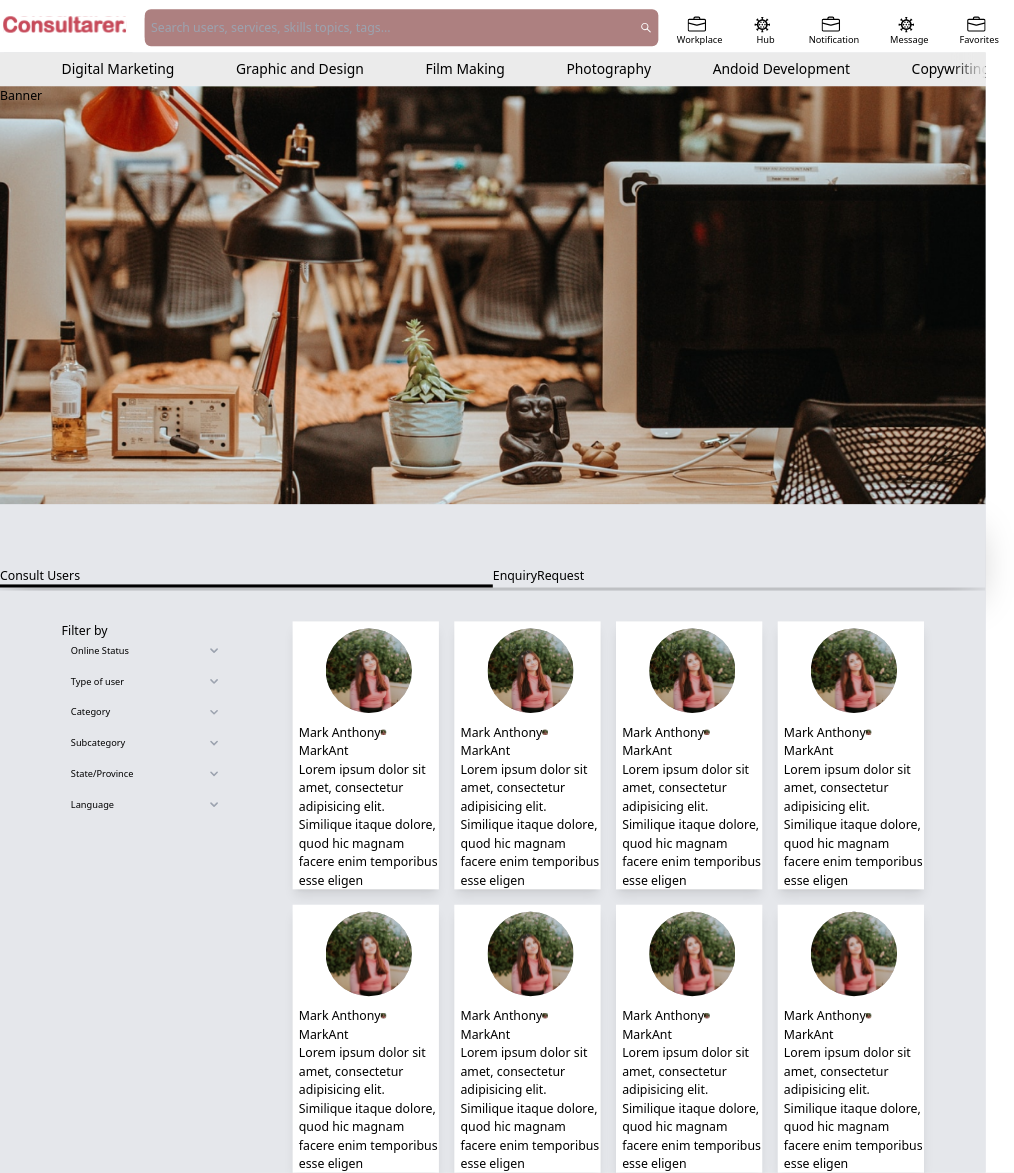
Repository: hisreal123/Consultarer
Page: /
These files come from the project's save history. The page is drawn as it stood at one moment and after a run of saves; the edit follows.
The browser window is 1280 px wide. The page is 1317 px wide, so the pictures cover 1317 px, including what lies to the right of the window. The pictures show the whole page, at 77% of full size.
The project was rebuilt for these pictures with package versions that can differ from the ones it lists, and the page was loaded fresh each time. The framework's server and built-in components were replaced by stand-ins that run in the browser. Also part of the build but not shown: next.config.js, webpack.config.js, components/Filter/Sortby.js.

Above is the page before, as saved 2022-04-26 00:23:34.

### pages/_app.js
import Layout from "../components/Layout";
import "../styles/globals.css";



function MyApp({ Component, pageProps }) {
  return (
    <Layout>
      <Component {...pageProps} />
    </Layout>
  );
}

export default MyApp;

### pages/index.js
import Head from "next/head";
import Image from "next/image";
import CatList from "../components/Category/CatList";
import { CatLinkData } from "../utils/CatLinkdata";
import { Banner } from "../components/Banner/Banner";
import { ContentTab } from "../components/CardContent/ContentTab";

export default function Home({ data }) {
  return (
    <div className=" ">
      <Head>
        <title>Cosultarer.</title>
        <meta name="description" content="Generated by create next app" />
        <link rel="icon" href="/favicon.ico" />
      </Head>

      <main className="bg-gray-200">
        <CatList allCatLinkData={data} />
        <Banner />
        <ContentTab />
      </main>
    </div>
  );
}

export async function getStaticProps() {
  return {
    props: {
      data: CatLinkData,
    },
    revalidate: 4 * 60 * 60,
  };
}

### components/Layout.js
import React from "react";
import { TopNav } from "./TopNav/TopNav";

const Layout = ({ children , toggle}) => {
  return (
    <div className="relative">
      <TopNav toggle={toggle}/>
      {children}
    </div>
  );
};

export default Layout;

### components/Category/CatList.js
import React from "react";
import ListLink from "./ListLink";
const CatList = ({ allCatLinkData }) => {
  return (
    <div className="relative  overflow-hidden ">
      <div className="relative">
        <ListLink data={allCatLinkData} />
      </div>
    </div>
  );
};

export default CatList;

### utils/CatLinkdata.js
// Json Array for CarTegory Section
export const CatLinkData = [
  {
    id: 1,
    Category: " Digital Marketing",
  },
  {
    id: 2,
    Category: " Graphic and Design",
  },
  {
    id: 3,
    Category: " Film Making",
  },
  {
    id: 4,
    Category: " Photography ",
  },
  {
    id: 5,
    Category: " Andoid Development ",
  },
  {
    id: 6,
    Category: " Copywriting ",
  },

  {
    id: 7,
    Category: " Photography ",
  },
  {
    id: 8,
    Category: " Andoid Development ",
  },
  {
    id: 9,
    Category: " Copywriting ",
  },
  {
    id: 10,
    Category: " Digital Marketing",
  },
  {
    id: 11,
    Category: " Graphic and Design",
  },
  {
    id: 12,
    Category: " Film Making",
  },
  {
    id: 13,
    Category: " Photography ",
  },
  {
    id: 14,
    Category: " Andoid Development ",
  },
  {
    id: 15,
    Category: " Copywriting ",
  },

  {
    id: 16,
    Category: " Photography ",
  },
  {
    id: 17,
    Category: " Andoid Development ",
  },
  {
    id: 18,
    Category: " Copywriting ",
  },
]; // End of CatLinks

// for Link Data

### components/Banner/Banner.js
import React from "react";

export const Banner = () => {
  return (
    <div className=" h-[543px]  bg-gray-200 bg-hero bg-origin-content bg-right md:bg-center bg-cover bg-no-repeat  ">
      Banner
    </div>
  );
};

### components/CardContent/ContentTab.js
import { React, Fragment, useState } from "react";
import { EnquiryRequest } from "./EnquiryRequest";
import { ConsultUsers } from "./ConsultUsers";

export const ContentTab = () => {
  const [index, setIndex] = useState(0);
  return (
    <div className="Tabs">
      <div className="tabList  grid grid-cols-2 pt-20 bg-gray-200 mb-1 shadow-2xl z-30">
        <div
          className={`tabHead   ${
            index === 0 ? " border-b-4 border-b-black   " : null
          }`}
          onClick={() => {
            setIndex(0);
          }}
        >
          <h1 className="">Consult Users</h1>
        </div>
        <div
          className={`tabHead ${
            index === 1 ? "  border-b-4 border-b-black " : null
          }`}
          onClick={() => {
            setIndex(1);
          }}
        >
          <h1>EnquiryRequest</h1>
        </div>
      </div>
      <div className="contentl ">
        <div className="tabContent" hidden={index != 0}>
          <ConsultUsers />
        </div>
        <div className="tabContent" hidden={index != 1}>
          <EnquiryRequest />
        </div>
      </div>
    </div>
  );
};

### components/TopNav/TopNav.js
import Link from "next/link";
import { React, useState } from "react";
import Search from "./Search";
import { TopNavMobile } from "../Mobile/TopNavMobile";
import { Aside } from "../Mobile/Aside";
import { AccountLinks } from "../AccountLinks";

// All design are been adjusted to mobile first
export const TopNav = () => {
  return (
    <div className=" shadow-sm ">
      {/* tablet and extended*/}
      <div className=" relative lg:flex item-center ">
        <TopNavMobile />
        <div className="wrap hidden lg:flex  lg:bg-white lg:w-screen   lg:pt-3">
          <Search
            widthStyle="  ml-4 rounded-full hidden md:block lg:mr-1 lg:flex lg:pr-2  lg:bg-[#ad8080] lg:text-white "
            inputStyle="lg:w-[643px] lg:py-2  lg:bg-[#ad8080] lg:pl-2 lg:rounded-lg lg:outline-none lg:text-white"
          />
          <div className="acct w-full relative">
            <AccountLinks />
          </div>
        </div>
      </div>
    </div>
  );
};

### components/Category/ListLink.js
import Link from "next/link";
import React from "react";
import { useRouter } from "next/router";

const ListLink = ({ data }) => {
  const router = useRouter();
  return (
    <div className="relative bg-[#EBEBEB]">
      <ul className="  relative flex whitespace-nowrap px-10 sm:px-20 space-x-10 sm:space-x-20 overflow-x-scroll scrollbar-hide py-2 md:text-lg lg:w-screen">
        {data.map((list) => (
          <li
            key={list.id}
            // onClick={() => router.push(`/${list.Category}`)}
            className="hover:scale-105 transition duration-100  cursor-pointer active:text-red-500"
          >
            {list.Category}
          </li>
        ))}
      </ul>

      <div className="absolute top-0 right-0 bg-gradient-to-l from-[#EBEBEB] h-10 w-11"></div>
    </div>
  );
};

export default ListLink;

### components/CardContent/EnquiryRequest.js
import { FilterList } from "../Filter/FilterList";
export const EnquiryRequest = () => {
  return (
    <div className="grid grid-cols-2 relative w-full bg-green-300">
    <FilterList />
    </div>
  );
};

### components/CardContent/ConsultUsers.js
import React from "react";
import { FilterList } from "../Filter/FilterList";
import { UserCard } from "./UserCard";
export const ConsultUsers = () => {
  return (
    <div className="grid grid-cols-4 pt-10 px-20 z-10 gap-20 relative w-full bg-gray-200">
      <FilterList />
      <div className="useCard col-span-3">
        <UserCard userStyle="" />
      </div>
    </div>
  );
};

### components/TopNav/Search.js
import React from "react";
import { AiOutlineSearch } from "react-icons/ai";

const Search = ({ widthStyle, mobileStyle, inputStyle , lgStyle}) => {
  return (
    <div
      className={`transition hover:shadow-md  flex items-center  relative  bg-white  justify-between pr-3 lg:mb-2 lg:rounded-lg group  ${widthStyle} ${mobileStyle} ${lgStyle}`}
    >
      <input
        type="text"
        name="search"
        id="search"
        placeholder="Search users, services, skills topics, tags... "
        className={inputStyle}
      />
      <AiOutlineSearch className="transition hover:scale-105 cursor-pointer  " />
    </div>
  );
};

export default Search;

### components/Mobile/TopNavMobile.js
import { React, useState } from "react";
import { Aside } from "../Mobile/Aside";
import { Logo } from "../Logo";
import { Profile } from "../Profile";
import Search from "../TopNav/Search";
import { MdMenu } from "react-icons/md";

export const TopNavMobile = () => {
  const [openSideBar, setOpenSideBar] = useState(false);
  return (
    <div className="mobile relative pl-1 px-2 pb-1">
      {/* mobile*/}
      {/* Adding pr-2 to make space for te search component*/}
      <div className=" relative flex justify-between items-center bg-white w-full lg:h-full">
        <div className=" relative flex items-center">
          <MdMenu
            className="text-3xl text-gray-600 mr-1 lg:hidden"
            onClick={() => setOpenSideBar(!openSideBar)}
          />
          <Logo />
        </div>
        <Profile /> {/* profile available only for mobile xs & sm screen size*/}
      </div>
      {/* Search avialable only for mobile xs & sm screen size*/}
      <Search
        widthStyle="w-full pl-2  lg:hidden"
        mobileStyle="mb-3 outline-none rounded-full border border-1 "
        inputStyle=" text-xs py-2 px-2 w-full md:text-md"
      />

      <Aside
        sidebarInfo={{ openSideBar, setOpenSideBar }}
        toggleStyle={`
      ${!openSideBar ? "-translate-x-full" : ""}
    `}
      />
    </div>
  );
};

### components/Mobile/Aside.js
import Link from "next/link";
import { React, useState } from "react";
import { GrFormClose } from "react-icons/gr";
import { AccountLinks } from "../AccountLinks";
import Divider from "../divider";
import { FilterList } from "../Filter/FilterList";
import { Logo } from "../Logo";
// Repeated Style for more than one Element
const GenDesc = "text-xs text-red-500  pl-2 py-1";

export const Aside = ({
  toggleStyle,
  sidebarInfo: { openSideBar, setOpenSideBar },
}) => {
  return (
    <div
      className={` bg-white  absolute top-0  left-0  shadow-lg overflow-hidden w-3/4  transition pb-20 z-50  md:w-50 lg:hidden
      ${openSideBar ? " " : "-translate-x-full"} ${toggleStyle}
      `}
    >
      <div className="top ">
        <div className="top flex  justify-between items-center py-2 px-2">
          <Logo />
          <GrFormClose
            className="text-3xl"
            onClick={() => setOpenSideBar(!openSideBar)}
          />
        </div>
        <Divider />
        <h4 className={GenDesc}> Account</h4>
        <AccountLinks />
        <Divider />
        <FilterList filStyle={GenDesc} />
      </div>
    </div>
  );
};

### components/AccountLinks.js
import React from "react";
import { BsBriefcase } from "react-icons/bs";
import { MdOutlineCoronavirus } from "react-icons/md";
import Divider from "./divider";

const AsideLink = [
  {
    id: 1,
    title: " Workplace",
    icon: <BsBriefcase />,
  },

  {
    id: 2,
    title: "Hub",
    icon: <MdOutlineCoronavirus />,
  },

  {
    id: 3,
    title: " Notification",
    icon: <BsBriefcase />,
  },

  {
    id: 4,
    title: "Message",
    icon: <MdOutlineCoronavirus />,
  },

  {
    id: 5,
    title: " Favorites",
    icon: <BsBriefcase />,
  },
];

export const AccountLinks = () => {
  return (
    <div className=" group md:flex md:items-center md:justify-between md:w-full relative   lg:justify-between lg:items-center">
      {AsideLink.map((item) => (
        <div
          key={item.id}
          className="flex items-center px-2 py-2 mb-1 hover:bg-red-200 last:mb-0 md:text-2xl lg:px-0 lg:pt-2 lg:flex-col lg:pl-5 lg:pr-5  lg:hover:bg-white group lg:mb-0 lg:hover:border-b lg:border-b-black transition duration-150 "
        >
          <span className="mr-2 sm:hover:text-red-400 lg:hover:text-black lg:hover:font-extrabold  transition duration-100 lg:hover:animate-bounce">
            {item.icon}
          </span>
          <h1 className="text-xs"> {item.title}</h1>
        </div>
      ))}
    </div>
  );
};

### components/Filter/FilterList.js
import Divider from "../divider";
import { FilterCheckBox } from "./FilterCheckBox";
import Sortby from "./Sortby";

export const FilterList = ({ filStyle }) => {
  return (
    <div className=" ">
      <h3 className={filStyle}> Filter by</h3>

      <div className="wrap px-2">
        <FilterCheckBox OptionTitle="Online Status" />
        <FilterCheckBox OptionTitle="Type of user" />
        <FilterCheckBox OptionTitle="Category" />
        <FilterCheckBox OptionTitle="Subcategory" />
        <FilterCheckBox OptionTitle="State/Province" />
        <FilterCheckBox OptionTitle="Language" />

        {/*<Sortby title="Sort By" subTitle="Price" />
              <Divider />
          <Sortby title=" Rating " /> */}
      </div>
    </div>
  );
};

### components/CardContent/UserCard.js
import React from "react";
import Image from "next/image";
const User = [
  {
    slug: "user1",
    ImageProfile: "/img/unsplash_x9cXI2eQLBw.svg",
    fullname: " Mark Anthony",
    username: "MarkAnt",
    verified: true,
    rank: true,
    rate: "4.5(25)",
    salary: "50",
    timePrice: "10mins",
  },

  {
    slug: "user2",
    ImageProfile: "/img/unsplash_x9cXI2eQLBw.svg",
    fullname: " Mark Anthony",
    username: "MarkAnt",
    verified: true,
    rank: true,
    rate: "4.5(25)",
    salary: "50",
    timePrice: "10mins",
  },

  {
    slug: "user3",
    ImageProfile: "/img/unsplash_x9cXI2eQLBw.svg",
    fullname: " Mark Anthony",
    username: "MarkAnt",
    verified: true,
    rank: true,
    rate: "4.5(25)",
    salary: "50",
    timePrice: "10mins",
  },

  {
    slug: "user4",
    ImageProfile: "/img/unsplash_x9cXI2eQLBw.svg",
    fullname: " Mark Anthony",
    username: "MarkAnt",
    verified: true,
    rank: true,
    rate: "4.5(25)",
    salary: "50",
    timePrice: "10mins",
  },
  {
    slug: "user5",
    ImageProfile: "/img/unsplash_x9cXI2eQLBw.svg",
    fullname: " Mark Anthony",
    username: "MarkAnt",
    verified: true,
    rank: true,
    rate: "4.5(25)",
    salary: "50",
    timePrice: "10mins",
  },

  {
    slug: "user6",
    ImageProfile: "/img/unsplash_x9cXI2eQLBw.svg",
    fullname: " Mark Anthony",
    username: "MarkAnt",
    verified: true,
    rank: true,
    rate: "4.5(25)",
    salary: "50",
    timePrice: "10mins",
  },

  {
    slug: "user7",
    ImageProfile: "/img/unsplash_x9cXI2eQLBw.svg",
    fullname: " Mark Anthony",
    username: "MarkAnt",
    verified: true,
    rank: true,
    rate: "4.5(25)",
    salary: "50",
    timePrice: "10mins",
  },

  {
    slug: "user8",
    ImageProfile: "/img/unsplash_x9cXI2eQLBw.svg",
    fullname: " Mark Anthony",
    username: "MarkAnt",
    verified: true,
    rank: true,
    rate: "4.5(25)",
    salary: "50",
    timePrice: "10mins",
  },
];

export const UserCard = ({ userStyle }) => {
  return (
    <div className={`cardWrapper relative `}>
      <div className="cardContent">
        <div className=" details relative  grid grid-cols-4 gap-5 ">
          {User.map((user, slug) => (
            <div
              className={` user relative flex flex-col bg-white pt-2 pl-2 shadow-lg ${userStyle}`}
              key={slug}
            >
              <div className="relative h-7 w-28 self-center  mb-24 ">
                <Image
                  src={user.ImageProfile}
                  height="100"
                  width="100"
                  layout="responsive"
                  alt="profile Image"
                />
              </div>
              <div className="infos relative">
                <h3 className=" font-medium flex items-center">
                  {user.fullname}
                  {user.verified ? (
                    <div className="w-2">
                      <Image
                        src="/img/unsplash_x9cXI2eQLBw.svg"
                        alt="verified"
                        layout="responsive"
                        height="100"
                        width="100"
                      />
                    </div>
                  ) : (
                    null(" false")
                  )}
                </h3>
                <h3> {user.username} </h3>

                <p>
                  Lorem ipsum dolor sit amet, consectetur adipisicing elit.
                  Similique itaque dolore, quod hic magnam facere enim
                  temporibus esse eligen
                </p>
              </div>
            </div>
          ))}
        </div>
      </div>
    </div>
  );
};

### components/Logo.js
import Link from "next/link";
import React from "react";
import LogoPic from "../public/img/logo.svg";
export const Logo = () => {
  return (
    <div>
      <Link href="#">
        <a className="cursor-pointer">
          <LogoPic className="h-10 w-28 md:w-36 lg:h-30 lg:w-40 lg:pt-2 lg:pb-2" />
        </a>
      </Link>
    </div>
  );
};

### components/Profile.js
import React from "react";
import ProfilePic from "../public/img/unsplash_x9cXI2eQLBw.svg";

export const Profile = () => {
  return (
    <div className="group absolute right-0 pr-2 lg:hidden transition duration-150">
      <ProfilePic className="text-3xl group:hover:shadow-lg " />
      <span className="bg-green-600 h-2 w-2 absolute z-10 bottom-1 right-2  rounded-full "></span>
    </div>
  );
};

### components/divider.js
import React from "react";

function Divider() {
  return <div className="divider h-[0.08px] w-full bg-gray-300 "></div>;
}

export default Divider;

### components/Filter/FilterCheckBox.js
import { useState } from "react";
import { Listbox, Transition } from "@headlessui/react";
import { ChevronDownIcon } from "@heroicons/react/solid";

const people = [
  { id: 2, title: "Online Status" },
  { id: 3, title: "Option2" },
  { id: 4, title: "Option3" },
  { id: 5, title: "Option4" },
  { id: 5, title: "Option5" },
];

export const FilterCheckBox = ({ OptionTitle }) => {
  const [selectedPerson, setSelectedPerson] = useState(people[0]);
  return (
    <Listbox value={selectedPerson} onChange={setSelectedPerson}>
      <div className="wrap ">
        <Listbox.Button className="mb-3 p-1 text-xs flex items-center w-full  justify-between   ">
          <span className="">{OptionTitle || selectedPerson.title}</span>
          <ChevronDownIcon className="w-5 h-5 text-gray-400" />
        </Listbox.Button>

        <Listbox.Options className="px-1 bg-gray-200 relative">
          {people.map((person) => (
            /* Disabled options will be skipped by keyboard navigation. */
            <Listbox.Option
              key={person.id}
              value={person}
              className="text-xs py-1 md:text-lg "
            >
              {({ active, selected }) => (
                <li
                  className={` py-1 px-2 ${
                    active ? "bg-blue-500 text-white " : "text-black"
                  }`}
                >
                  {selected}
                  {person.title}
                </li>
              )}
            </Listbox.Option>
          ))}
        </Listbox.Options>
      </div>
    </Listbox>
  );
};

### tailwind.config.js
module.exports = {
  mode: "jit",
  content: [
    "./pages/**/*.{js,ts,jsx,tsx}",
    "./components/**/*.{js,ts,jsx,tsx}",
  ],
  theme: {
    extend: {
      backgroundImage: {
        hero: "url('/img/BannerImage.png')",
      },
    },
  },
  plugins: [require("tailwind-scrollbar-hide")],
};

Loaded but not shown: styles/globals.css (common file)

After the next 4 saves:
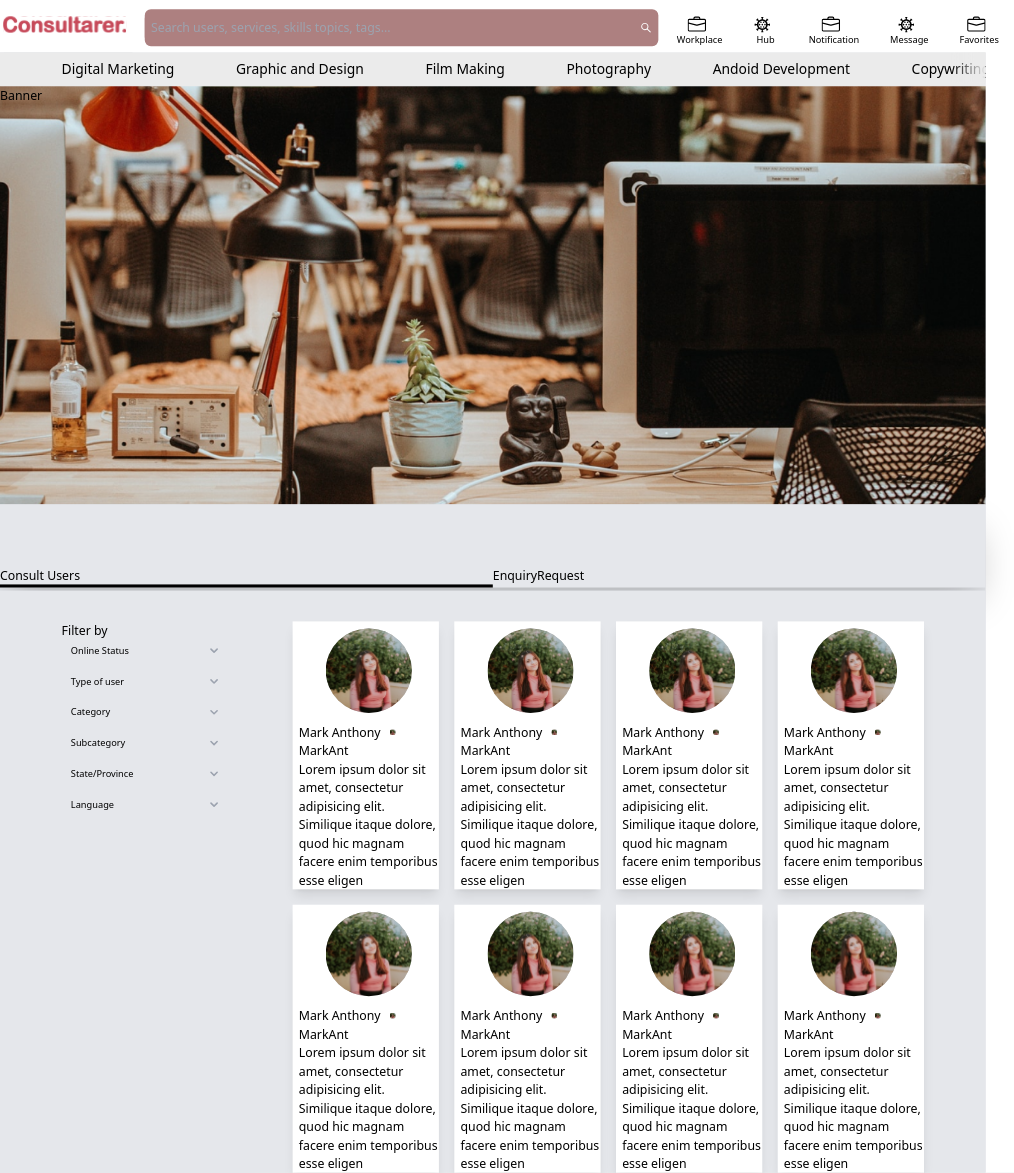
The 4 saves are shown as one change because they came seconds apart.
The last was saved 14 s later.
--- a/components/CardContent/UserCard.js
+++ b/components/CardContent/UserCard.js
@@ -120,7 +120,7 @@
                 <h3 className=" font-medium flex items-center">
                   {user.fullname}
                   {user.verified ? (
-                    <div className="w-2">
+                    <div className="w-2 ml-3">
                       <Image
                         src="/img/unsplash_x9cXI2eQLBw.svg"
                         alt="verified"
